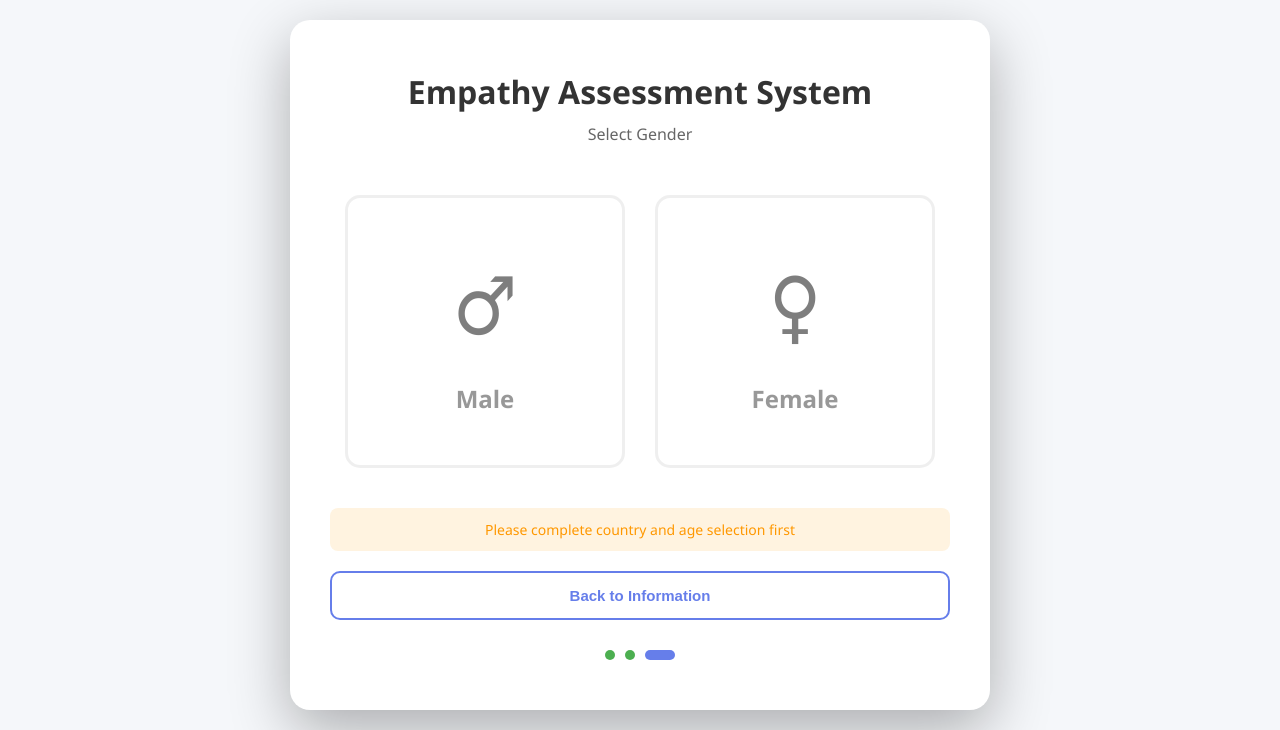
Repository: Matsuyou-Wang/MPES-system
Page: gender-selection.html
The author's editor kept a copy of each file at every save. The page is drawn from the files as they stood at one save, then again after the next save.
The browser window is 1280 px wide. The pictures show the whole page.

Above is the page before, as saved 2025-11-25 14:16:00.

After the next save:
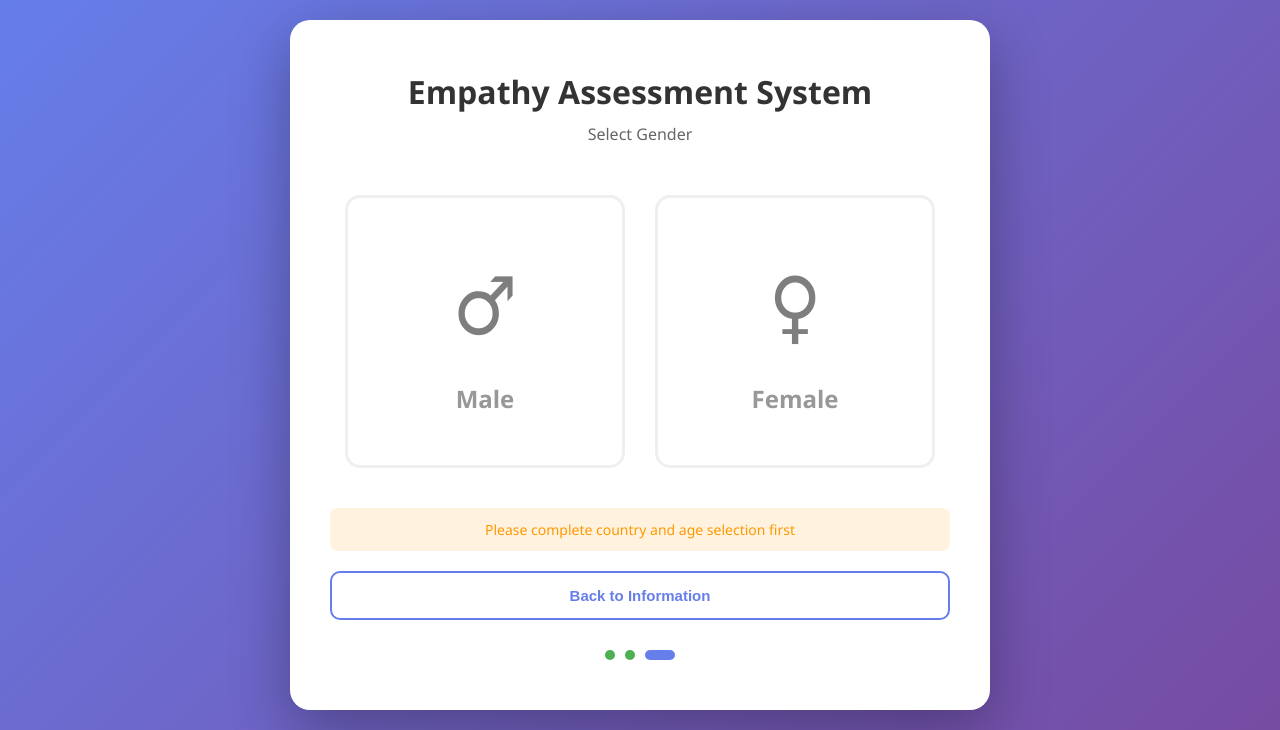
Saved 17 s later.
--- a/gender-selection.html
+++ b/gender-selection.html
@@ -13,7 +13,7 @@
 
         body {
             font-family: 'Segoe UI', Tahoma, Geneva, Verdana, sans-serif;
-            background: #f5f7fa;
+            background: linear-gradient(135deg, #667eea 0%, #764ba2 100%);
             min-height: 100vh;
             display: flex;
             justify-content: center;
@@ -81,7 +81,7 @@
             left: 0;
             right: 0;
             bottom: 0;
-            background: rgba(0, 123, 255, 0.05);
+            background: linear-gradient(135deg, rgba(102, 126, 234, 0.1) 0%, rgba(118, 75, 162, 0.1) 100%);
             opacity: 0;
             transition: opacity 0.3s ease;
         }
@@ -92,8 +92,8 @@
 
         .gender-option:hover:not(.disabled) {
             transform: translateY(-8px);
-            box-shadow: 0 15px 35px rgba(0, 0, 0, 0.2);
-            border-color: #007BFF;
+            box-shadow: 0 15px 35px rgba(102, 126, 234, 0.3);
+            border-color: #667eea;
         }
 
         .gender-icon {
